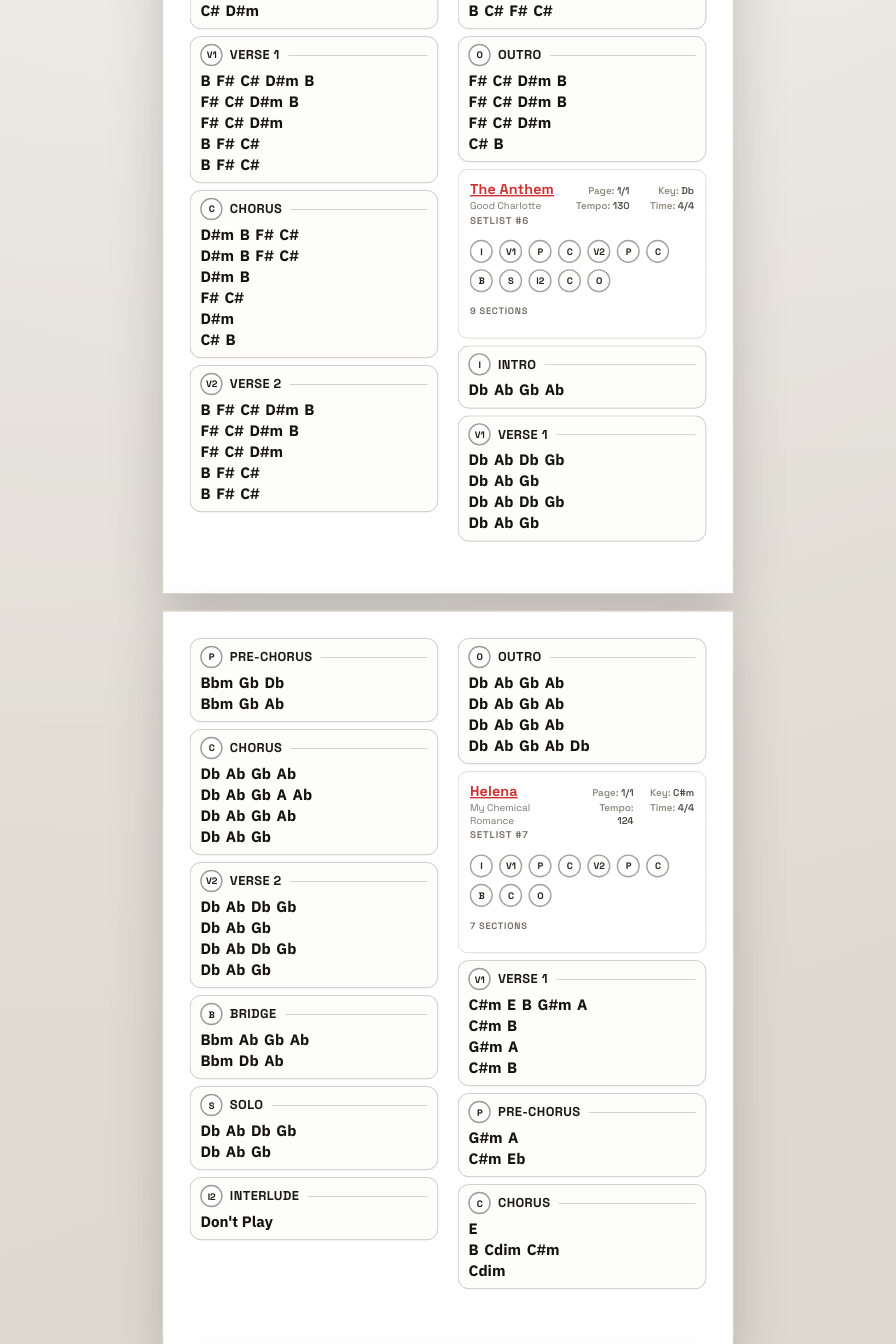
Repository: Aworminator/Chord-Generator
Page: /
These files come from the project's save history. The page is drawn as it stood at one moment and after the next save; the edit follows.
The browser window is 1280 px wide. The pictures show the part of the page from y = 4551 to 6471 px (the page is 10832 px tall), at 70% of full size.
The project was rebuilt for these pictures with package versions that can differ from the ones it lists, and the page was loaded fresh each time. Also part of the build but not shown: vite.config.js.

Above is the page before, as saved 2026-08-15 21:50:38.

### index.html
<!doctype html>
<html lang="en">
  <head>
    <meta charset="UTF-8" />
    <link rel="icon" type="image/svg+xml" href="/favicon.svg" />
    <meta name="viewport" content="width=device-width, initial-scale=1.0" />
    <title>chord-chart-creator</title>
  </head>
  <body>
    <div id="root"></div>
    <script type="module" src="/src/main.jsx"></script>
  </body>
</html>

### src/index.css
@import url("https://fonts.googleapis.com/css2?family=IBM+Plex+Mono:wght@400;600&family=IBM+Plex+Sans:wght@500;700&family=Space+Grotesk:wght@400;500;600;700&display=swap");

:root {
  --bg-base: #e8e5dd;
  --bg-warm: #d7d2c8;
  --ink: #1b1916;
  --muted-text: #7e766e;
  --sans: "Space Grotesk", sans-serif;
  --mono: "IBM Plex Mono", monospace;

  font-family: var(--sans);
  color: var(--ink);
  font-synthesis: none;
  text-rendering: geometricPrecision;
  -webkit-font-smoothing: antialiased;
  -moz-osx-font-smoothing: grayscale;
}

* {
  box-sizing: border-box;
}

body {
  margin: 0;
  min-height: 100svh;
  background:
    radial-gradient(
      circle at 18% 24%,
      rgba(255, 255, 255, 0.7),
      transparent 42%
    ),
    radial-gradient(
      circle at 85% 18%,
      rgba(252, 251, 249, 0.66),
      transparent 37%
    ),
    linear-gradient(160deg, var(--bg-base), var(--bg-warm));
}

#root {
  min-height: 100svh;
}

h1,
h2,
h3,
p {
  margin: 0;
}

### src/components/songArray.js
export const songArray = [
  {
    songTitle: "Numb",
    artist: "Linkin Park",
    setlistOrder: 2,

    chartMeta: {
      page: "1/1",
      key: "F#m",
      tempo: 110,
      timeSignature: "4/4",
    },

    order: ["I", "V1", "C", "V2", "C", "B", "C", "O"],

    sections: [
      {
        code: "I",
        label: "INTRO",
        chords: [["F#m", "D", "A", "E"], ["F#m", "D", "A"], ["E"]],
      },

      {
        code: "V1",
        label: "VERSE 1",
        chords: [
          ["F#m", "D", "A", "E"],
          ["F#m", "D", "A", "E"],
        ],
      },
      {
        code: "PC",
        label: "PRE-CHORUS",
        chords: [
          ["D", "F#m", "E"],
          ["F#m", "A", "D"],
          ["D", "F#m", "E"],
        ],
      },

      {
        code: "C",
        label: "CHORUS",
        chords: [
          ["F#m", "D", "A"],
          ["E", "F#m"],
          ["D", "A"],
          ["E", "F#m"],
        ],
      },

      {
        code: "V2",
        label: "VERSE 2",
        chords: [
          ["F#m", "D", "A", "E"],
          ["F#m", "D", "A", "E"],
        ],
      },
      {
        code: "PC",
        label: "PRE-CHORUS",
        chords: [
          ["D", "F#m", "E"],
          ["F#m", "A", "D"],
          ["D", "F#m", "E"],
          ["F#m", "A", "D"],
        ],
      },

      {
        code: "B",
        label: "BRIDGE",
        chords: [["D", "E"], ["F#m", "G#m", "A", "C#", "D"], ["E"], ["C#"]],
      },

      {
        code: "O",
        label: "OUTRO",
        chords: [
          ["F#m", "D", "A"],
          ["E", "F#m"],
          ["D", "A"],
          ["E", "F#m"],
        ],
      },
    ],
  },

  {
    songTitle: "Savior",
    artist: "Rise Against",
    setlistOrder: 1,

    chartMeta: {
      page: "1/1",
      key: "Fm",
      tempo: 94,
      timeSignature: "4/4",
    },

    order: ["I", "V1", "P", "C", "I", "V2", "P", "C", "B", "I", "P", "C", "PC"],

    sections: [
      {
        code: "I",
        label: "INTRO / INSTRUMENTAL",
        chords: [["Fm", "Ab", "Db", "Ab", "Eb/G"]],
      },

      {
        code: "V1",
        label: "VERSE 1",
        chords: [
          ["Fm", "Ab", "Db", "Ab", "Eb/G"],
          ["Fm", "Ab", "Db", "Ab", "Eb/G"],
        ],
      },

      {
        code: "P",
        label: "PRE-CHORUS",
        chords: [["Db"], ["Eb"], ["Db"], ["Eb Eb(Low)"]],
      },

      {
        code: "C",
        label: "CHORUS",
        chords: [
          ["Fm", "Ab", "Db", "Ab", "Eb/G"],
          ["Fm", "Ab", "Db", "Ab", "Eb/G"],
        ],
      },

      {
        code: "V2",
        label: "VERSE 2",
        chords: [
          ["Fm", "Ab", "Db", "Ab", "Eb/G"],
          ["Fm", "Ab", "Db", "Ab", "Eb/G"],
        ],
      },
      {
        code: "I3",
        label: "INSTRUMENTAL",
        chords: [["Fm", "Db"], ["Fm", "B"], ["Fm", "B"], , ["Fm", "B"]],
      },

      {
        code: "B",
        label: "BRIDGE",
        chords: [
          ["Fm", "Eb", "Bb", "Db"],
          ["Fm", "Eb", "Bb", "Db"],
          ["Db", "Bb", "Eb", "C", "F"],
        ],
      },

      {
        code: "PC",
        label: "POST-CHORUS",
        chords: [
          ["Don't play for 2 Measures"],
          ["Db", "Ab", "Fm"],
          ["C", "Db"],
          ["Ab", "Eb"],
        ],
      },
    ],
  },
  {
    songTitle: "Tonight, Tonight",
    artist: "Hot Chelle Rae",
    setlistOrder: 3,

    chartMeta: {
      page: "1/1",
      key: "E",
      tempo: 100,
      timeSignature: "4/4",
    },

    sections: [
      {
        code: "V1",
        label: "VERSE 1",
        chords: [
          ["E", "G#m", "A"],
          ["B", "B", "E"],
        ],
      },

      {
        code: "C",
        label: "CHORUS",
        chords: [
          ["E", "G#m", "A"],
          ["B", "B", "E"],
        ],
      },
      {
        code: "V2",
        label: "VERSE 2",
        chords: [["Don't Play"]],
      },

      {
        code: "B",
        label: "BRIDGE",
        chords: [["Palm Mute Notes"], ["E", "G#m", "A"], ["B", "B", "E"]],
      },
    ],
  },
  {
    songTitle: "Welcome to the Black Parade",
    artist: "My Chemical Romance",
    setlistOrder: 4,

    chartMeta: {
      page: "1/1",
      key: "G",
      tempo: 96,
      timeSignature: "4/4",
    },

    order: [
      "I",
      "V1",
      "V2",
      "V3",
      "V4",
      "I2",
      "V5",
      "V6",
      "I3",
      "V7",
      "C",
      "V8",
      "C",
      "B1",
      "B2",
      "S",
      "C",
      "O",
    ],

    sections: [
      {
        code: "I",
        label: "INTRO",
        chords: [["G", "D", "Em", "Bm"], ["C", "Bm"], ["Am"]],
      },

      {
        code: "V1",
        label: "VERSE 1",
        chords: [
          ["D", "G", "D"],
          ["Em", "Bm", "C"],
          ["Bm", "Am"],
        ],
      },

      {
        code: "V2",
        label: "VERSE 2",
        chords: [
          ["D", "G", "D"],
          ["Em", "Bm", "C"],
          ["Bm", "Am"],
        ],
      },

      {
        code: "V3",
        label: "VERSE 3",
        chords: [
          ["D", "G", "D"],
          ["Em", "Bm", "C"],
          ["Bm", "Am"],
        ],
      },

      {
        code: "V4",
        label: "VERSE 4",
        chords: [
          ["D", "G", "D"],
          ["Em", "Bm", "C"],
          ["Bm", "Am", "D"],
        ],
      },

      {
        code: "I2",
        label: "INTERLUDE",
        chords: [
          ["G", "D", "Em", "Bm"],
          ["C", "Bm", "Am"],
        ],
      },

      {
        code: "V5",
        label: "VERSE 5",
        chords: [
          ["D", "G", "D"],
          ["Em", "Bm", "C"],
          ["Bm", "Am"],
        ],
      },

      {
        code: "V6",
        label: "VERSE 6",
        chords: [
          ["D", "G", "D"],
          ["Em", "Bm", "C"],
          ["Bm", "Am", "D", "G"],
        ],
      },

      {
        code: "I3",
        label: "INTERLUDE",
        chords: [
          ["G", "D", "Em", "D"],
          ["C", "G/B"],
        ],
      },

      {
        code: "V7",
        label: "VERSE 7",
        chords: [
          ["Am", "G", "D/F#", "F", "C"],
          ["G", "D"],
          ["G", "D/F#", "F", "C"],
          ["G", "D"],
          ["G"],
        ],
      },

      {
        code: "C",
        label: "CHORUS",
        chords: [
          ["D/F#", "Em"],
          ["D", "C"],
          ["D", "G"],
          ["D/F#", "Em"],
          ["D", "C"],
          ["D"],
        ],
      },

      {
        code: "V8",
        label: "VERSE 8",
        chords: [
          ["G", "D/F#", "F", "C"],
          ["G", "D"],
          ["G", "D/F#"],
          ["F", "C"],
          ["G", "D"],
          ["G"],
        ],
      },

      {
        code: "B1",
        label: "BRIDGE 1",
        chords: [
          ["B", "Em"],
          ["B", "Em"],
          ["C", "D#", "Cm", "G"],
        ],
      },

      {
        code: "B2",
        label: "BRIDGE 2",
        chords: [
          ["D/F#", "Em", "D", "C"],
          ["G", "C", "D", "G"],
          ["D/F#", "Em", "D", "C"],
          ["G"],
        ],
      },

      {
        code: "S",
        label: "SOLO",
        chords: [
          ["C", "D", "A"],
          ["E/G#"],
          ["F#m", "E", "D"],
          ["A"],
          ["E"],
          ["A"],
        ],
      },

      {
        code: "O",
        label: "OUTRO",
        chords: [
          ["A", "E/G#", "F#m", "E", "D"],
          ["E", "A"],
          ["E/G#", "F#m", "E", "D"],
          ["E", "A"],
        ],
      },
    ],
  },
  {
    songTitle: "What's My Age Again?",
    artist: "blink-182",
    setlistOrder: 5,

    chartMeta: {
      page: "1/1",
      key: "F#",
      tempo: 158,
      timeSignature: "4/4",
    },

    order: ["I", "V1", "C", "V2", "C", "B", "C", "O"],

    sections: [
      {
        code: "I",
        label: "INTRO",
        chords: [
          ["B", "F#", "C#", "D#m"],
          ["B", "F#", "C#", "D#m"],
          ["B", "F#", "C#", "D#m"],
          ["B", "F#"],
          ["C#", "D#m"],
        ],
      },

      {
        code: "V1",
        label: "VERSE 1",
        chords: [
          ["B", "F#", "C#", "D#m", "B"],
          ["F#", "C#", "D#m", "B"],
          ["F#", "C#", "D#m"],
          ["B", "F#", "C#"],
          ["B", "F#", "C#"],
        ],
      },

      {
        code: "C",
        label: "CHORUS",
        chords: [
          ["D#m", "B", "F#", "C#"],
          ["D#m", "B", "F#", "C#"],
          ["D#m", "B"],
          ["F#", "C#"],
          ["D#m"],
          ["C#", "B"],
        ],
      },

      {
        code: "V2",
        label: "VERSE 2",
        chords: [
          ["B", "F#", "C#", "D#m", "B"],
          ["F#", "C#", "D#m", "B"],
          ["F#", "C#", "D#m"],
          ["B", "F#", "C#"],
          ["B", "F#", "C#"],
        ],
      },

      {
        code: "B",
        label: "BRIDGE",
        chords: [
          ["D#m", "C#", "B", "C#"],
          ["D#m", "C#", "B", "C#"],
          ["D#m", "C#", "B", "C#"],
          ["D#m", "C#"],
          ["B", "C#", "F#", "C#"],
        ],
      },

      {
        code: "O",
        label: "OUTRO",
        chords: [
          ["F#", "C#", "D#m", "B"],
          ["F#", "C#", "D#m", "B"],
          ["F#", "C#", "D#m"],
          ["C#", "B"],
        ],
      },
    ],
  },
  {
    songTitle: "The Anthem",
    artist: "Good Charlotte",
    setlistOrder: 6,

    chartMeta: {
      page: "1/1",
      key: "Db",
      tempo: 130,
      timeSignature: "4/4",
    },

    order: ["I", "V1", "P", "C", "V2", "P", "C", "B", "S", "I2", "C", "O"],

    sections: [
      {
        code: "I",
        label: "INTRO",
        chords: [["Db", "Ab", "Gb", "Ab"]],
      },

      {
        code: "V1",
        label: "VERSE 1",
        chords: [
          ["Db", "Ab", "Db", "Gb"],
          ["Db", "Ab", "Gb"],
          ["Db", "Ab", "Db", "Gb"],
          ["Db", "Ab", "Gb"],
        ],
      },

      {
        code: "P",
        label: "PRE-CHORUS",
        chords: [
          ["Bbm", "Gb", "Db"],
          ["Bbm", "Gb", "Ab"],
        ],
      },

      {
        code: "C",
        label: "CHORUS",
        chords: [
          ["Db", "Ab", "Gb", "Ab"],
          ["Db", "Ab", "Gb", "A", "Ab"],
          ["Db", "Ab", "Gb", "Ab"],
          ["Db", "Ab", "Gb"],
        ],
      },

      {
        code: "V2",
        label: "VERSE 2",
        chords: [
          ["Db", "Ab", "Db", "Gb"],
          ["Db", "Ab", "Gb"],
          ["Db", "Ab", "Db", "Gb"],
          ["Db", "Ab", "Gb"],
        ],
      },

      {
        code: "B",
        label: "BRIDGE",
        chords: [
          ["Bbm", "Ab", "Gb", "Ab"],
          ["Bbm", "Db", "Ab"],
        ],
      },

      {
        code: "S",
        label: "SOLO",
        chords: [
          ["Db", "Ab", "Db", "Gb"],
          ["Db", "Ab", "Gb"],
        ],
      },

      {
        code: "I2",
        label: "INTERLUDE",
        chords: [["Don't Play"]],
      },

      {
        code: "O",
        label: "OUTRO",
        chords: [
          ["Db", "Ab", "Gb", "Ab"],
          ["Db", "Ab", "Gb", "Ab"],
          ["Db", "Ab", "Gb", "Ab"],
          ["Db", "Ab", "Gb", "Ab", "Db"],
        ],
      },
    ],
  },
  {
    songTitle: "Helena",
    artist: "My Chemical Romance",
    setlistOrder: 7,

    chartMeta: {
      page: "1/1",
      key: "C#m",
      tempo: 124,
      timeSignature: "4/4",
    },

    order: ["I", "V1", "P", "C", "V2", "P", "C", "B", "C", "O"],

    sections: [
      {
        code: "V1",
        label: "VERSE 1",
        chords: [
          ["C#m", "E", "B", "G#m", "A"],
          ["C#m", "B"],
          ["G#m", "A"],
          ["C#m", "B"],
        ],
      },

      {
        code: "P",
        label: "PRE-CHORUS",
        chords: [
          ["G#m", "A"],
          ["C#m", "Eb"],
        ],
      },

      {
        code: "C",
        label: "CHORUS",
        chords: [["E"], ["B", "Cdim", "C#m"], ["Cdim"]],
      },

      {
        code: "V2",
        label: "VERSE 2",
        chords: [["C#m"], ["E", "B", "G#m", "A"]],
      },
      {
        code: "P",
        label: "PRE-CHORUS 2",
        chords: [
          ["G#m", "A"],
          ["C#m", "Eb"],
        ],
      },

      {
        code: "B",
        label: "BRIDGE",
        chords: [
          ["A", "B"],
          ["C#m", "A", "B", "B"],
          ["C#m", "A", "B", "B"],
          ["C#m", "A", "B", "B"],
          ["C#m", "A", "B", "B"],
        ],
      },

      {
        code: "O",
        label: "OUTRO",
        chords: [["C#m"]],
      },
    ],
  },
  {
    songTitle: "Love Drunk",
    artist: "Boys Like Girls",
    setlistOrder: 8,

    chartMeta: {
      page: "1/1",
      key: "D#",
      tempo: 145,
      timeSignature: "4/4",
    },

    order: ["I", "V1", "C", "V2", "C", "B", "C2", "O"],

    sections: [
      {
        code: "I",
        label: "INTRO",
        chords: [
          ["D#", "A#", "G#"],
          ["D#", "A#", "G#", "A#"],
        ],
      },

      {
        code: "V1",
        label: "VERSE 1",
        chords: [
          ["D#", "G#"],
          ["F", "G#", "A#"],
          ["D#", "G#"],
          ["F", "A#"],
        ],
      },

      {
        code: "C",
        label: "CHORUS",
        chords: [
          ["C", "G#", "D#", "A#"],
          ["C", "G#", "D#", "A#"],
          ["G#", "A#", "C", "A#"],
          ["C", "G#", "D#", "A#"],
        ],
      },

      {
        code: "V2",
        label: "VERSE 2",
        chords: [
          ["D#", "G#"],
          ["F", "G#", "A#"],
          ["D#", "G#"],
          ["F", "A#"],
        ],
      },

      {
        code: "B",
        label: "BRIDGE",
        chords: [
          ["G#", "D# (low)", "A#"],
          ["G#", "D# (low)", "A#", "G#"],
        ],
      },

      {
        code: "C2",
        label: "FINAL CHORUS",
        chords: [
          ["D", "A#", "F", "C"],
          ["D", "A#", "F", "C"],
          ["A#", "C", "D", "C"],
          ["D", "A#", "F", "C"],
        ],
      },

      {
        code: "O",
        label: "OUTRO",
        chords: [
          ["F", "C", "A#", "C"],
          ["F", "C", "A#", "C"],
          ["F", "C", "A#", "C"],
          ["F", "C", "A#", "C", "F"],
        ],
      },
    ],
  },
  {
    songTitle: "School of Rock",
    artist: "School of Rock",
    setlistOrder: 9,

    chartMeta: {
      page: "1/1",
      key: "D",
      tempo: 128,
      timeSignature: "4/4",
    },

    order: ["I", "V1", "C", "S1", "V2", "C", "B", "V3", "S2", "O"],

    sections: [
      {
        code: "I",
        label: "INTRO",
        chords: [
          ["D", "D", "D", "D"],
          ["D", "C", "B", "C"],
          ["D", "C", "B", "C"],
        ],
      },

      {
        code: "V1",
        label: "VERSE 1",
        chords: [
          ["D", "C", "B", "C"],
          ["D", "C", "B", "C"],
          ["D", "C", "B", "C"],
          ["G"],
        ],
      },

      {
        code: "C",
        label: "CHORUS",
        chords: [
          ["D", "E", "G", "D"],
          ["D", "E", "G"],
        ],
      },

      {
        code: "S1",
        label: "SOLO",
        chords: [
          ["D", "C", "B", "C"],
          ["D", "C", "B", "C"],
        ],
      },

      {
        code: "V2",
        label: "VERSE 2",
        chords: [["D", "C", "B", "C"], ["D", "C", "B", "C"], ["D", "C"], ["G"]],
      },
      {
        code: "C2",
        label: "CHORUS 2",
        chords: [
          ["D", "E", "G", "D"],
          ["D", "E", "G", "D"],
          ["D", "E", "G", "D"],
          ["D", "E", "G"],
        ],
      },

      {
        code: "IN",
        label: "INSTRUMENTAL",
        chords: [["D on 1/4th Notes"]],
      },

      {
        code: "V3",
        label: "VERSE 3",
        chords: [
          ["D", "C", "B", "C"],
          ["D", "C", "B", "C"],
        ],
      },

      {
        code: "S2",
        label: "SOLO",
        chords: [
          ["D", "C", "B", "C", "D"],
          ["D", "C", "B", "C", "D"],
          ["D", "C", "B", "C", "D"],
          ["D", "C", "G"],
        ],
      },

      {
        code: "O",
        label: "OUTRO",
        chords: [["D", "C", "G"]],
      },
    ],
  },
  {
    songTitle: "Welcome to the Black Parade",
    artist: "My Chemical Romance",
    setlistOrder: 10,

    chartMeta: {
      page: "1/1",
      key: "G",
      tempo: 96,
      timeSignature: "4/4",
    },

    order: [
      "I",
      "V1",
      "V2",
      "V3",
      "V4",
      "I2",
      "V5",
      "V6",
      "I3",
      "V7",
      "C",
      "V8",
      "C",
      "B1",
      "B2",
      "S",
      "C2",
      "O",
    ],

    sections: [
      {
        code: "V1",
        label: "VERSE 1",
        chords: [["G", "F#m", "E", "D"], ["C", "B", "A", "D"], ["G"]],
      },

      {
        code: "I",
        label: "INTERLUDE",
        chords: [
          ["G", "F#m", "E", "D"],
          ["C", "D"],
        ],
      },

      {
        code: "V2",
        label: "VERSE 2",
        chords: [
          ["G", "F#m", "E", "C"],
          ["C", "G", "D"],
          ["G", "F#m", "E", "C"],
          ["C", "G", "D"],
        ],
      },

      {
        code: "C",
        label: "CHORUS",
        chords: [
          ["G", "F#m", "E", "D"],
          ["C", "D"],
          ["G", "F#m", "E", "D"],
          ["C", "D"],
        ],
      },

      {
        code: "V3",
        label: "VERSE 3",
        chords: [
          ["G", "F#m", "E", "C"],
          ["C", "G", "D"],
          ["G", "F#m", "E", "C"],
          ["C", "G", "D"],
        ],
      },

      {
        code: "B1",
        label: "BRIDGE 1",
        chords: [["B", "Em"], ["B", "Em"], ["C"], ["D#", "D", "Cm", "Bb"]],
      },

      {
        code: "B2",
        label: "BRIDGE 2",
        chords: [
          ["G", "D/F#", "Em", "D", "C"],
          ["G", "C", "D"],
          ["G", "D/F#", "Em", "D", "C"],
          ["G", "C", "D"],
        ],
      },
      {
        code: "B3",
        label: "BRIDGE 3 - Key Change",
        chords: [
          ["A", "G#m", "F#m", "E"],
          ["D", "A"],
          ["E", "E (high oct)"],
        ],
      },
      {
        code: "C3",
        label: "LAST CHORUS - Key Change",
        chords: [
          ["A", "G#m", "F#m", "E"],
          ["D", "E"],
          ["A", "G#m", "F#m", "E"],
          ["D", "E"],
        ],
      },

      {
        code: "O/B",
        label: "OUTRO / BRIDGE",
        chords: [
          ["A", "G#m", "F#m", "E"],
          ["D", "E (Low)"],
          ["A", "G#m", "F#m", "E"],
          ["D", "E (Low)"],
          ["A"],
        ],
      },
    ],
  },
];

Loaded but not shown: src/main.jsx (common file); src/App.jsx (315 lines, source omitted); src/App.css (415 lines, source omitted)

After the next save:
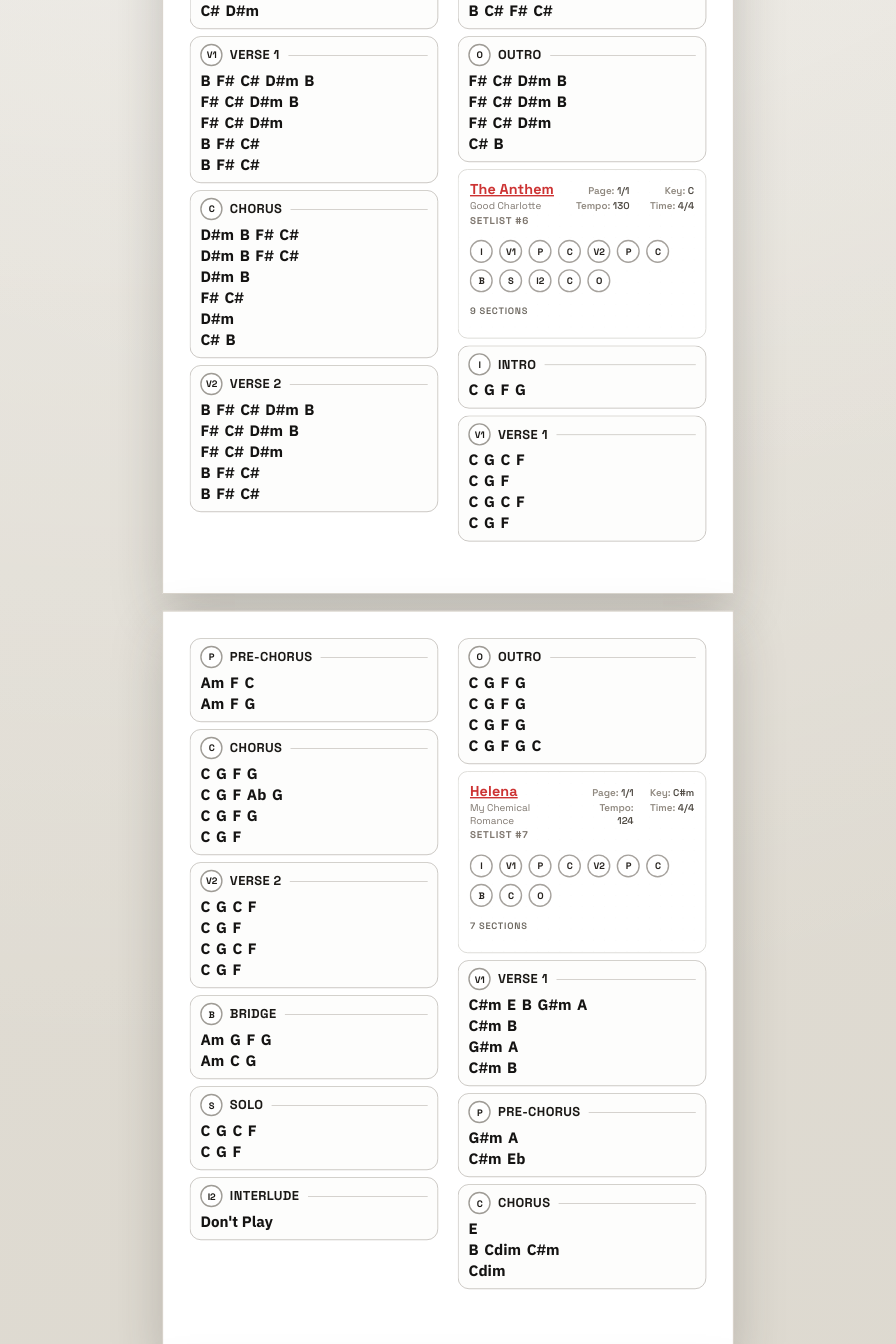
Saved 2 min 29 s later.
--- a/src/components/songArray.js
+++ b/src/components/songArray.js
@@ -508,7 +508,7 @@
 
     chartMeta: {
       page: "1/1",
-      key: "Db",
+      key: "C",
       tempo: 130,
       timeSignature: "4/4",
     },
@@ -519,17 +519,17 @@
       {
         code: "I",
         label: "INTRO",
-        chords: [["Db", "Ab", "Gb", "Ab"]],
+        chords: [["C", "G", "F", "G"]],
       },
 
       {
         code: "V1",
         label: "VERSE 1",
         chords: [
-          ["Db", "Ab", "Db", "Gb"],
-          ["Db", "Ab", "Gb"],
-          ["Db", "Ab", "Db", "Gb"],
-          ["Db", "Ab", "Gb"],
+          ["C", "G", "C", "F"],
+          ["C", "G", "F"],
+          ["C", "G", "C", "F"],
+          ["C", "G", "F"],
         ],
       },
 
@@ -537,8 +537,8 @@
         code: "P",
         label: "PRE-CHORUS",
         chords: [
-          ["Bbm", "Gb", "Db"],
-          ["Bbm", "Gb", "Ab"],
+          ["Am", "F", "C"],
+          ["Am", "F", "G"],
         ],
       },
 
@@ -546,10 +546,10 @@
         code: "C",
         label: "CHORUS",
         chords: [
-          ["Db", "Ab", "Gb", "Ab"],
-          ["Db", "Ab", "Gb", "A", "Ab"],
-          ["Db", "Ab", "Gb", "Ab"],
-          ["Db", "Ab", "Gb"],
+          ["C", "G", "F", "G"],
+          ["C", "G", "F", "Ab", "G"],
+          ["C", "G", "F", "G"],
+          ["C", "G", "F"],
         ],
       },
 
@@ -557,10 +557,10 @@
         code: "V2",
         label: "VERSE 2",
         chords: [
-          ["Db", "Ab", "Db", "Gb"],
-          ["Db", "Ab", "Gb"],
-          ["Db", "Ab", "Db", "Gb"],
-          ["Db", "Ab", "Gb"],
+          ["C", "G", "C", "F"],
+          ["C", "G", "F"],
+          ["C", "G", "C", "F"],
+          ["C", "G", "F"],
         ],
       },
 
@@ -568,8 +568,8 @@
         code: "B",
         label: "BRIDGE",
         chords: [
-          ["Bbm", "Ab", "Gb", "Ab"],
-          ["Bbm", "Db", "Ab"],
+          ["Am", "G", "F", "G"],
+          ["Am", "C", "G"],
         ],
       },
 
@@ -577,8 +577,8 @@
         code: "S",
         label: "SOLO",
         chords: [
-          ["Db", "Ab", "Db", "Gb"],
-          ["Db", "Ab", "Gb"],
+          ["C", "G", "C", "F"],
+          ["C", "G", "F"],
         ],
       },
 
@@ -592,10 +592,10 @@
         code: "O",
         label: "OUTRO",
         chords: [
-          ["Db", "Ab", "Gb", "Ab"],
-          ["Db", "Ab", "Gb", "Ab"],
-          ["Db", "Ab", "Gb", "Ab"],
-          ["Db", "Ab", "Gb", "Ab", "Db"],
+          ["C", "G", "F", "G"],
+          ["C", "G", "F", "G"],
+          ["C", "G", "F", "G"],
+          ["C", "G", "F", "G", "C"],
         ],
       },
     ],
